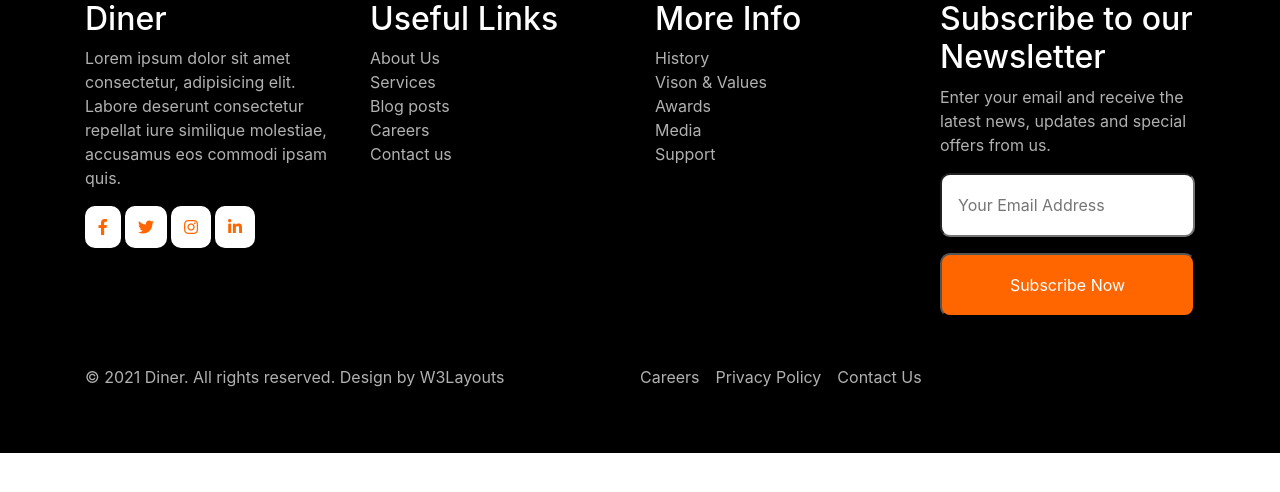
Repository: ngoctinvo/diner_project_cybersoft
Page: index.html
An editor plug-in stored every save of this project. The page is shown before and after the next save, followed by the edit.
The browser window is 1280 px wide. The pictures show the whole page.
Some web libraries are served in a nearby version. The style sheet was rebuilt from its Sass, Less or Tailwind sources for each picture, by a compiler version that may differ from the author's.

Above is the page before, as saved 2022-04-16 15:44:46.
Not found: js/index.js

### index.html
<!DOCTYPE html>
<html lang="en">

<head>
    <meta charset="UTF-8">
    <meta http-equiv="X-UA-Compatible" content="IE=edge">
    <meta name="viewport" content="width=device-width, initial-scale=1.0">
    <title>Document</title>
    <link rel="stylesheet" href="https://cdnjs.cloudflare.com/ajax/libs/font-awesome/6.1.1/css/all.min.css" />
    <link rel="stylesheet" href="https://cdnjs.cloudflare.com/ajax/libs/aos/2.3.4/aos.css" />
    <link rel="stylesheet" href="https://cdnjs.cloudflare.com/ajax/libs/animate.css/4.1.1/animate.min.css" />
    <link rel="stylesheet" href="https://cdnjs.cloudflare.com/ajax/libs/slick-carousel/1.8.1/slick.min.css" />
    <link rel="stylesheet" href="https://cdnjs.cloudflare.com/ajax/libs/slick-carousel/1.8.1/slick-theme.min.css" />
    <link rel="stylesheet" href="https://cdn.jsdelivr.net/npm/bootstrap@4.6.0/dist/css/bootstrap.min.css" />
    <link rel="stylesheet" href="https://cdnjs.cloudflare.com/ajax/libs/font-awesome/5.15.4/css/all.min.css" />
    <link rel="stylesheet" href="./css/index.css">
</head>

<body>
    <header></header>
    <footer class="footer">
        <div class="container">
            <div class="infor">
                <div class="row">
                    <div class="col-lg-3 col-md-6 col-sm-12">
                        <div class="item diner">
                            <h2>Diner</h2>
                            <p>Lorem ipsum dolor sit amet consectetur, adipisicing elit. Labore deserunt consectetur repellat iure similique molestiae, accusamus eos commodi ipsam quis.</p>
                            <div class="icon">
                                <i class="fab fa-facebook-f"></i>
                                <i class="fab fa-twitter"></i>
                                <i class="fab fa-instagram"></i>
                                <i class="fab fa-linkedin-in"></i>
                            </div>
                        </div>
                    </div>

                    <div class="col-lg-3 col-md-6 col-sm-12">
                        <div class="item userful-links">
                            <h2>Useful Links</h2>
                            <div class="list">
                                <a href="#">About Us</a>
                                <a href="#">Services</a>
                                <a href="#">Blog posts</a>
                                <a href="#">Careers</a>
                                <a href="#">Contact us</a>
                            </div>


                        </div>
                    </div>
                    <div class="col-lg-3 col-md-6 col-sm-12">
                        <div class="item more-info">
                            <h2>More Info</h2>
                            <div class="list">
                                <a href="#">History</a>
                                <a href="#">Vison & Values</a>
                                <a href="#">Awards</a>
                                <a href="#">Media</a>
                                <a href="#">Support</a>
                            </div>

                        </div>
                    </div>
                    <div class="col-lg-3 col-md-6 col-sm-12">
                        <div class="item subscribe">
                            <h2>Subscribe to our Newsletter</h2>
                            <p>Enter your email and receive the latest news, updates and special offers from us.</p>
                            <input type="text" placeholder="Your Email Address">
                            <button>Subscribe Now</button>
                        </div>
                    </div>
                </div>
            </div>
            <div class="copyright">
                <div class="row">
                    <div class="right col-lg-6 col-md-12">
                        <p>&copy; 2021 Diner. All rights reserved. Design by W3Layouts</p>
                    </div>
                    <div class="nav col-lg-6 col-md-12">
                        <ul>
                            <li><a href="#">Careers</a></li>
                            <li><a href="#">Privacy Policy</a></li>
                            <li><a href="#">Contact Us</a></li>
                        </ul>
                    </div>
                </div>

            </div>
        </div>
    </footer>
    <script src="https://code.jquery.com/jquery-3.6.0.min.js"></script>
    <script src="https://cdnjs.cloudflare.com/ajax/libs/aos/2.3.4/aos.js"></script>
    <script type="text/javascript" src="//cdn.jsdelivr.net/npm/slick-carousel@1.8.1/slick/slick.min.js"></script>
    <script src="https://cdnjs.cloudflare.com/ajax/libs/popper.js/1.14.7/umd/popper.min.js"></script>
    <script src="https://stackpath.bootstrapcdn.com/bootstrap/4.3.1/js/bootstrap.min.js"></script>
    <script src="./js/index.js"></script>
</body>

</html>

### sass/index.scss
* {
    margin: 0;
    padding: 0;
    box-sizing: border-box;
}

.footer {
    background-color: black;
    color: rgb(177, 177, 177);
    a {
        color: rgb(177, 177, 177);
    }
    a:hover {
        color: #ff6600;
        text-decoration: none;
    }
    .infor {
        h2 {
            color: white;
        }
        .icon i {
            padding: 0.8rem;
            color: #ff6600;
            border-radius: 10px;
            background-color: white;
            font-size: 1rem;
        }
        .list {
            display: flex;
            flex-direction: column;
        }
        .subscribe input {
            width: 100%;
            height: 4rem;
            border-radius: 10px;
            margin-bottom: 1rem;
            padding-left: 1rem;
        }
        .subscribe button {
            width: 100%;
            height: 4rem;
            border-radius: 10px;
            background-color: #ff6600;
            color: white;
        }
    }
    .copyright {
        padding: 3rem 0;
        .nav ul {
            display: flex;
            flex-direction: row;
            li {
                margin-right: 1rem;
                list-style-type: none;
            }
        }
    }
}


/*# sourceMappingURL=index.css.map */

After the next save:
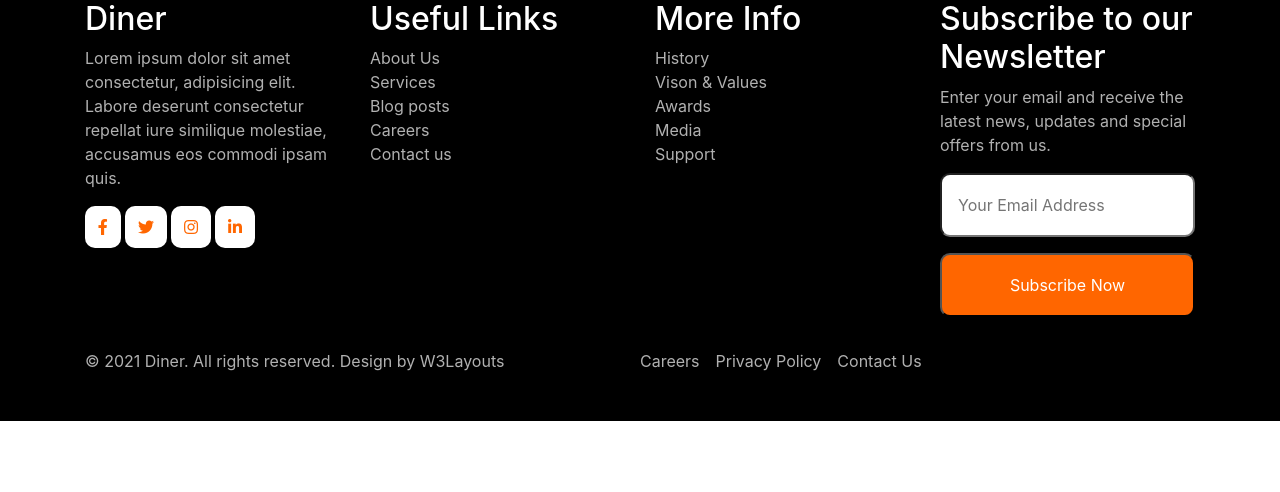
Saved 4 s later.
--- a/sass/index.scss
+++ b/sass/index.scss
@@ -45,7 +45,7 @@
         }
     }
     .copyright {
-        padding: 3rem 0;
+        padding: 2rem 0;
         .nav ul {
             display: flex;
             flex-direction: row;
